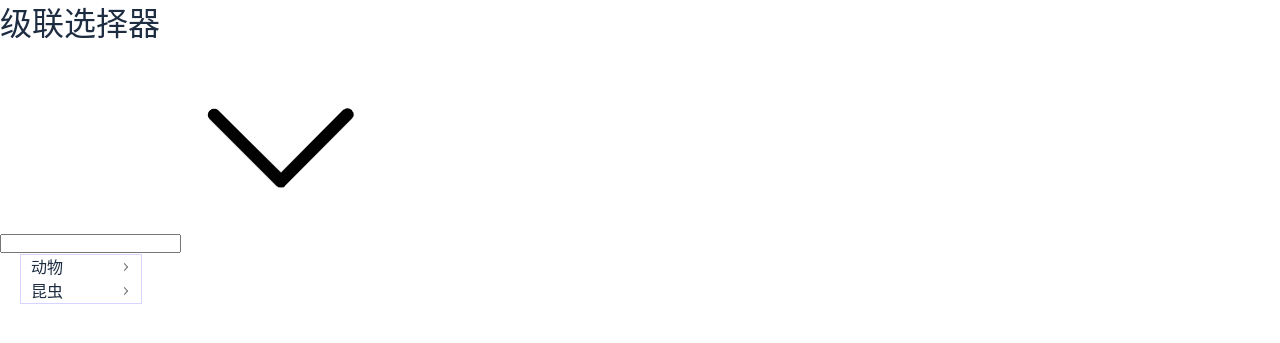
Repository: huming3272/Smile-UI
Page: /
These files come from the project's save history. The page is drawn as it stood at one moment and after the next save; the edit follows.
The browser window is 1280 px wide. The pictures show the whole page.
The project was rebuilt for these pictures with package versions that can differ from the ones it lists, and the page was loaded fresh each time. Also part of the build but not shown: src/lib/gulu.scss, src/lib/svg.js, src/components/Topnav.vue, src/views/Home.vue, src/lib/Breadcrumb.vue, src/views/Doc.vue, src/lib/Switch.vue, src/components/Switch/Switch1.demo.vue and 18 more. Imported but missing from the stored project, and not drawn on this page: src/lib/Tabs.vue, src/lib/openDialog.

Above is the page before, as saved 2022-06-05 18:24:23.

After the next save:
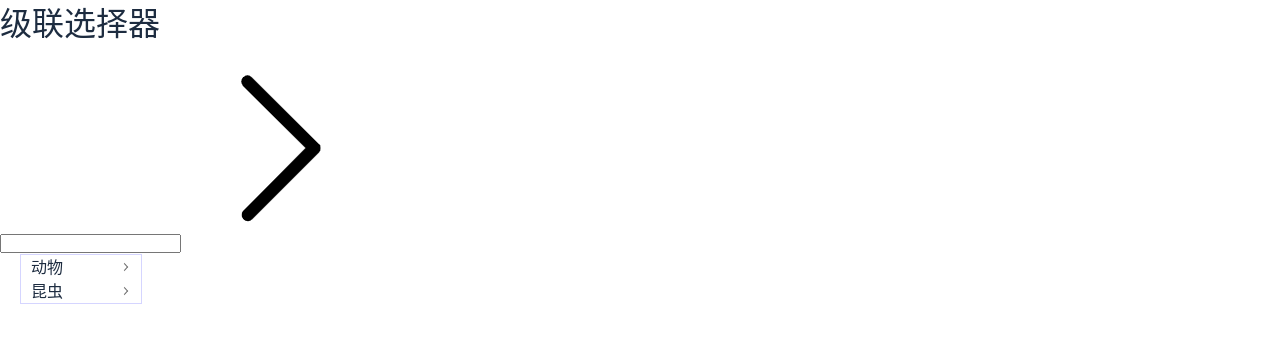
Saved 12 s later.
--- a/src/lib/Cascader.vue
+++ b/src/lib/Cascader.vue
@@ -133,6 +133,6 @@ export default {
     border-left: 1px solid rgb(213, 213, 255);
   }
   .rotateArrow{
-
+     transform: rotate(-90deg);
   }
 </style>
